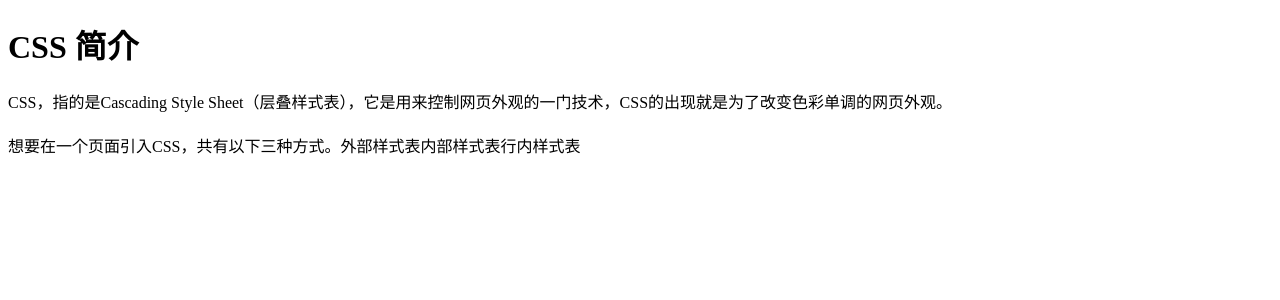
Repository: liang-n/front-end-basics
Page: 11-CSS简介.html
The author's editor kept a copy of each file at every save. The page is drawn from the files as they stood at one save, then again after the next save.
The browser window is 1280 px wide. The pictures show the whole page.

Above is the page before, as saved 2022-05-15 20:35:11.

### 11-CSS简介.html
<!DOCTYPE html>

<head>
    <meta charset="UTF-8">
    <title>11-CSS简介</title>
</head>

<body>
    <h1>CSS 简介</h1>

    <p>CSS，指的是Cascading Style Sheet（层叠样式表），它是用来控制网页外观的一门技术，CSS的出现就是为了改变色彩单调的网页外观。</p>

<h2></h2>

    <p>想要在一个页面引入CSS，共有以下三种方式。外部样式表内部样式表行内样式表</p>
</body>

</html>

After the next save:
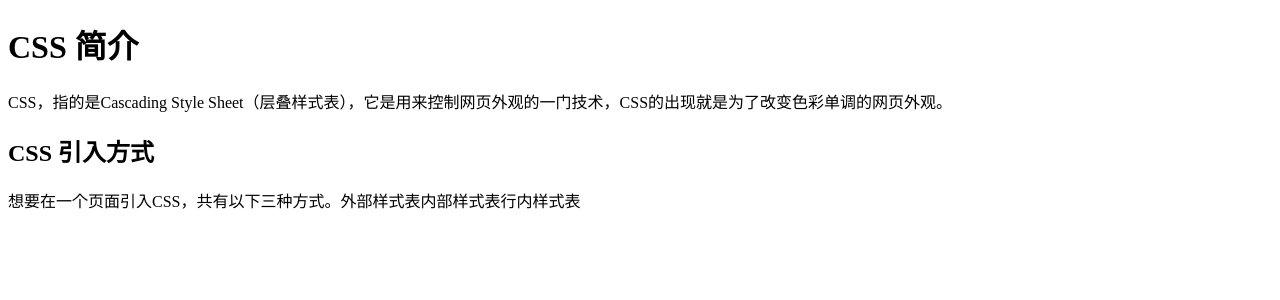
Saved 5 s later.
--- a/11-CSS简介.html
+++ b/11-CSS简介.html
@@ -10,7 +10,7 @@
 
     <p>CSS，指的是Cascading Style Sheet（层叠样式表），它是用来控制网页外观的一门技术，CSS的出现就是为了改变色彩单调的网页外观。</p>
 
-<h2></h2>
+    <h2>CSS 引入方式</h2>
 
     <p>想要在一个页面引入CSS，共有以下三种方式。外部样式表内部样式表行内样式表</p>
 </body>
